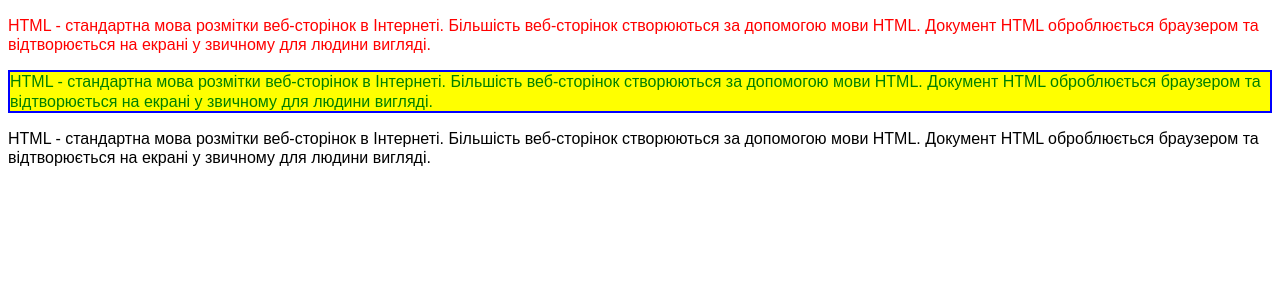
Repository: vlad-zeus/IT20
Page: 01_HTML/g2_gorodetsky_vladislav_dz_01/index03 copy.html
These files come from the project's save history. The page is drawn as it stood at one moment and after the next save; the edit follows.
The browser window is 1280 px wide. The pictures show the whole page.

Above is the page before, as saved 2021-10-25 13:19:25.

After the next save:
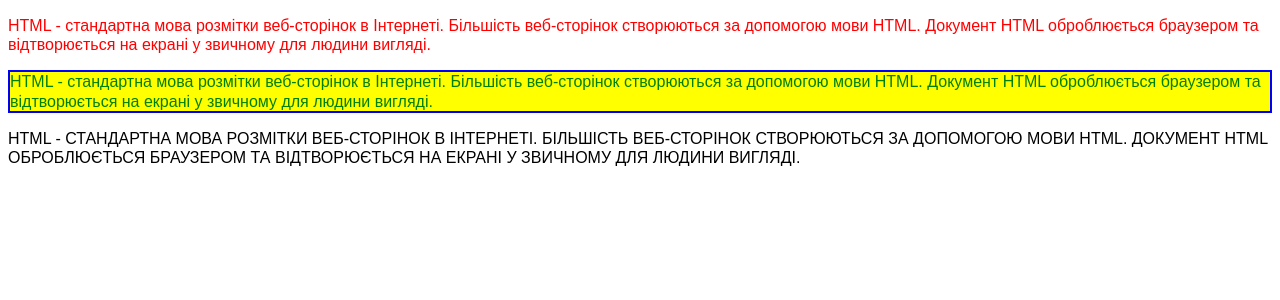
Saved 44 s later.
--- a/01_HTML/g2_gorodetsky_vladislav_dz_01/index03 copy.html
+++ b/01_HTML/g2_gorodetsky_vladislav_dz_01/index03 copy.html
@@ -21,7 +21,8 @@
         /* додайте стилі тут */
       }
       .paragraf3 {
-        /* додайте стилі тут */
+        text-transform: uppercase;
+        font-style: ;
       }
     </style>
   </head>
